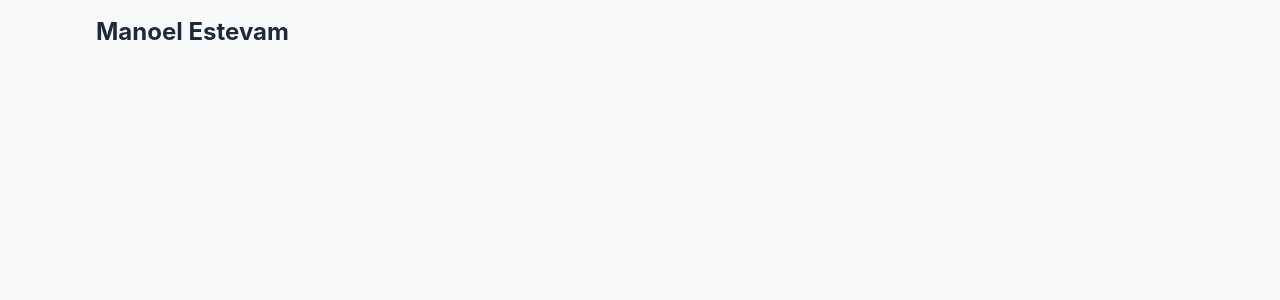
Repository: estevam02009/manoelestevam
Page: /
An editor plug-in stored every save of this project. The page is shown before and after the next save, followed by the edit.
The browser window is 1280 px wide. The pictures show the whole page.
The project was rebuilt for these pictures with package versions that can differ from the ones it lists, and the page was loaded fresh each time. The framework's server and built-in components were replaced by stand-ins that run in the browser. Also part of the build but not shown: next.config.ts.

Above is the page before, as saved 2025-08-05 14:20:55.

### src/app/layout.tsx
import type { Metadata } from "next";
import "./globals.css";

export const metadata: Metadata = {
  title: "Manoel Estevam - Desenvolvedor Full Stack",
  description: "Desenvolvedor Full Stack com foco em React, Node.js e MongoDB",
  keywords: [
    "Desenvolvedor Full Stack",
    "React",
    "Node.js",
    "MongoDB",
    "Desenvolvimento de Software",
    "Programação",
    "Tecnologia",
    "Inovação",
    "Empresa de Tecnologia",
    "Desenvolvimento de Aplicações",
    "Programação de Software",
    "Desenvolvimento de Sistemas",
    "Tecnologia da Informação",
    "Desenvolvimento de Soluções",
    "Programação de Aplicações",
    "Desenvolvimento de Software",
    "Programação de Sistemas",
    "Desenvolvimento de Aplicações",
    "Programação de Software"
  ]
};

export default function RootLayout({
  children,
}: Readonly<{
  children: React.ReactNode;
}>) {
  return (
    <html lang="pt-BR">
      <body
        className='antialiased'
      >
        {children}
      </body>
    </html>
  );
}

### src/app/page.tsx
'use client'

import React, { useEffect, useState } from "react";

export default function Home() {
  const [isScrolled, setIsScrolled] = useState(false);
  const [activeSection, setActiveSection] = useState('hero');
  const [isMenuOpen, setIsMenuOpen] = useState(false);

  useEffect(() => {
    const handleScroll = () => {
      setIsScrolled(window.scrollY > 50);

      // Atualizar seção ativa com base na posição de rolagem
      const sections = ['hero', 'about', 'projects', 'experience', 'contact'];
      const current = sections.find(section => {
        const element = document.getElementById(section)
        if (element) {
          const rect = element.getBoundingClientRect();
          return rect.top <= 100 && rect.bottom >= 100;
        }
        return false;
      })
      if (current) setActiveSection(current);
    };

    window.addEventListener('scroll', handleScroll);
    return () => window.removeEventListener('scroll', handleScroll);
  }, []);

  const scrollToSection = (sectionId: string) => {
    const element = document.getElementById(sectionId);
    element?.scrollIntoView({ behavior: 'smooth' });
    setIsMenuOpen(false)
  };

  return (
    <div className="min-h-screen bg-gray-50">
      {/* Navigation */}
      <nav className={`fixed top-0 w-full z-50 transition-all duration-300 ${isScrolled ? 'bg-white/95 backdrop-blur-sm shadow-lg' : 'bg-transparent'}`}>
        <div className="max-w-6xl mx-auto px-4 sm:px-6 lg:px-8">
          <div className="flex justify-between items-center py-4">
            <div className="text-2xl font-bold text-gray-800">Manoel Estevam</div>
          </div>

          {/* Desktop Navigation */}
          <div className="hidden md:flex space-x-s">
            {['Sobre', 'Projetos', 'Experiencia', 'Contato'].map((item) => (
              <button
                key={item}
                onClick={() => scrollToSection(item.toLowerCase())}
                className={`text-sm font-medium transition-colors duration-200 hover:text-blue-600 ${activeSection === item.toLowerCase() ? 'text-blue-600' : 'text-gray-700'}`}
              ></button>
            ))}
          </div>
        </div>
      </nav>
    </div>
  );
}

### src/app/globals.css
@import "tailwindcss";

@layer utilities {
  .animate-fade-in-up {
    animation: fadeInUp 1s ease-out;
  }
}

@keyframes fadeInUp {
  from {
    opacity: 0;
    transform: translateY(30px);
  }
  to {
    opacity: 1;
    transform: translateY(0);
  }
}

/* Smooth scrolling */
html {
  scroll-behavior: smooth;
}

/* Custom scrollbar */
::-webkit-scrollbar {
  width: 8px;
}

::-webkit-scrollbar-track {
  background: #f1f1f1;
}

::-webkit-scrollbar-thumb {
  background: #c1c1c1;
  border-radius: 4px;
}

::-webkit-scrollbar-thumb:hover {
  background: #a8a8a8;
}

/* Ensure proper font loading */
body {
  font-family: -apple-system, BlinkMacSystemFont, 'Segoe UI', 'Roboto', 'Oxygen',
    'Ubuntu', 'Cantarell', 'Fira Sans', 'Droid Sans', 'Helvetica Neue',
    sans-serif;
  -webkit-font-smoothing: antialiased;
  -moz-osx-font-smoothing: grayscale;
}

/* Focus styles for accessibility */
*:focus {
  outline: 2px solid #3B82F6;
  outline-offset: 2px;
}

/* Button hover effects */
button {
  transition: all 0.2s ease-in-out;
}

/* Link hover effects */
a {
  transition: all 0.2s ease-in-out;
}

/* Form focus states */
input:focus,
textarea:focus {
  transform: translateY(-1px);
  box-shadow: 0 4px 12px rgba(59, 130, 246, 0.15);
}

/* Card hover effects */
.hover-lift:hover {
  transform: translateY(-4px);
  box-shadow: 0 20px 40px rgba(0, 0, 0, 0.1);
}

/* Gradient text */
.gradient-text {
  background: linear-gradient(135deg, #3B82F6 0%, #6366F1 100%);
  -webkit-background-clip: text;
  -webkit-text-fill-color: transparent;
  background-clip: text;
}

/* Section padding consistency */
section {
  scroll-margin-top: 80px;
}

/* Mobile optimizations */
@media (max-width: 768px) {
  .animate-fade-in-up {
    animation-delay: 0.2s;
  }
}

After the next save:
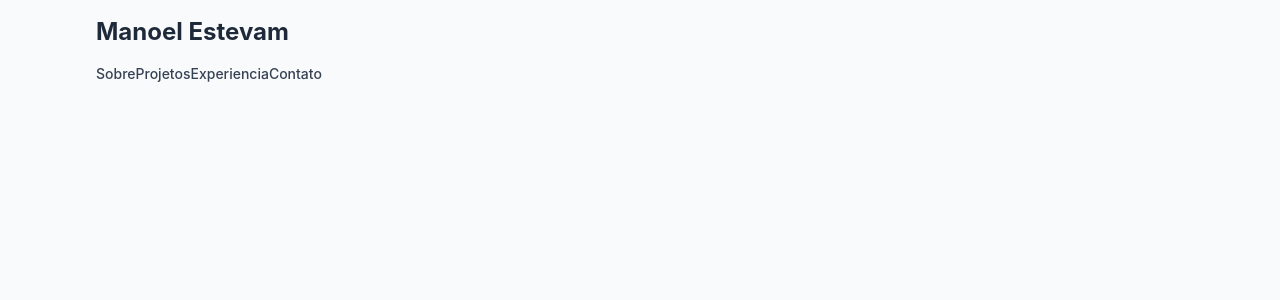
Saved 11 s later.
--- a/src/app/page.tsx
+++ b/src/app/page.tsx
@@ -50,7 +50,9 @@ export default function Home() {
                 key={item}
                 onClick={() => scrollToSection(item.toLowerCase())}
                 className={`text-sm font-medium transition-colors duration-200 hover:text-blue-600 ${activeSection === item.toLowerCase() ? 'text-blue-600' : 'text-gray-700'}`}
-              ></button>
+              >
+                {item}
+              </button>
             ))}
           </div>
         </div>
